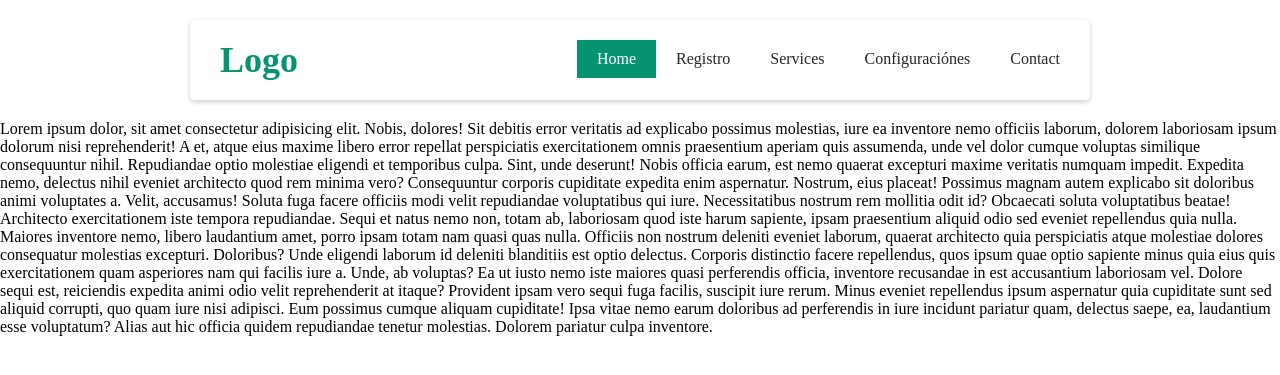
Repository: Sirius018/InventoryGenius
Page: http://localhost/Home
An editor plug-in stored every save of this project. The page is shown before and after the next save, followed by the edit.
The browser window is 1280 px wide. The pictures show the whole page.
The page is this project's Thymeleaf template; nobody is signed in. The template is opened directly, without the code that normally fills it, so the values that code supplies are empty.

Above is the page before, as saved 2023-06-05 03:29:02.

### ADW/InventoryGenius/src/main/resources/templates/Home.html
<!DOCTYPE html>
<html lang="en" xmlns:th="http://www.thymeleaf.org">
<head>
    <meta charset="UTF-8">
    <meta http-equiv="X-UA-Compatible" content="IE=edge">
    <meta name="viewport" content="width=device-width, initial-scale=1.0">
    <link href="https://stackpath.bootstrapcdn.com/font-awesome/4.7.0/css/font-awesome.min.css" rel="stylesheet">
    <link rel="stylesheet" href="../static/css/home.css">
    <title>Practica 50</title>
</head>
<body>

<header>
        <div class="header">
            <a class="logo" href="#">Logo</a>
        <div class="menu-toggle"></div>
        <nav>
            <ul>
                <li><a class="active" href="#">Home</a></li>
                <li><a href="#">Registro</a></li>
                <li><a href="#">Services</a></li>
                <li><a href="#">Configuraciónes</a></li>
                <li><a href="#">Contact</a></li>
            </ul>
        </nav>
        <div class="clearfix"></div>
        </div>
    </header>

    <div>
        Lorem ipsum dolor, sit amet consectetur adipisicing elit. Nobis, dolores! Sit debitis error veritatis ad explicabo possimus molestias, iure ea inventore nemo officiis laborum, dolorem laboriosam ipsum dolorum nisi reprehenderit!
        A et, atque eius maxime libero error repellat perspiciatis exercitationem omnis praesentium aperiam quis assumenda, unde vel dolor cumque voluptas similique consequuntur nihil. Repudiandae optio molestiae eligendi et temporibus culpa.
        Sint, unde deserunt! Nobis officia earum, est nemo quaerat excepturi maxime veritatis numquam impedit. Expedita nemo, delectus nihil eveniet architecto quod rem minima vero? Consequuntur corporis cupiditate expedita enim aspernatur.
        Nostrum, eius placeat! Possimus magnam autem explicabo sit doloribus animi voluptates a. Velit, accusamus! Soluta fuga facere officiis modi velit repudiandae voluptatibus qui iure. Necessitatibus nostrum rem mollitia odit id?
        Obcaecati soluta voluptatibus beatae! Architecto exercitationem iste tempora repudiandae. Sequi et natus nemo non, totam ab, laboriosam quod iste harum sapiente, ipsam praesentium aliquid odio sed eveniet repellendus quia nulla.
        Maiores inventore nemo, libero laudantium amet, porro ipsam totam nam quasi quas nulla. Officiis non nostrum deleniti eveniet laborum, quaerat architecto quia perspiciatis atque molestiae dolores consequatur molestias excepturi. Doloribus?
        Unde eligendi laborum id deleniti blanditiis est optio delectus. Corporis distinctio facere repellendus, quos ipsum quae optio sapiente minus quia eius quis exercitationem quam asperiores nam qui facilis iure a.
        Unde, ab voluptas? Ea ut iusto nemo iste maiores quasi perferendis officia, inventore recusandae in est accusantium laboriosam vel. Dolore sequi est, reiciendis expedita animi odio velit reprehenderit at itaque?
        Provident ipsam vero sequi fuga facilis, suscipit iure rerum. Minus eveniet repellendus ipsum aspernatur quia cupiditate sunt sed aliquid corrupti, quo quam iure nisi adipisci. Eum possimus cumque aliquam cupiditate!
        Ipsa vitae nemo earum doloribus ad perferendis in iure incidunt pariatur quam, delectus saepe, ea, laudantium esse voluptatum? Alias aut hic officia quidem repudiandae tenetur molestias. Dolorem pariatur culpa inventore.
    </div>



<script src="https://code.jquery.com/jquery-3.6.0.js" integrity="sha256-H+K7U5CnXl1h5ywQfKtSj8PCmoN9aaq30gDh27Xc0jk=" crossorigin="anonymous"></script>
<script src="../static/js/home.js"></script>
</body>
</html>

### ADW/InventoryGenius/src/main/resources/static/css/home.css
/********************************** RESET PROPIEDADES **********************************/
* {
    margin: 0;
    padding: 0;
    box-sizing: border-box;
}
a {
    text-decoration: none;
    color: inherit;
}
ul, ol {
    list-style: none;
}
body, h1, h2, h3, h4, h5, h6, p, ul, ol, li {
    margin: 0;
    padding: 0;
    font-size: 100%;
    font-weight: normal;
}
img {
    display: block;
    max-width: 100%;
    height: auto;
}
input, textarea, button {
    margin: 0;
    padding: 0;
    border: none;
    outline: none;
    background: none;
    font-family: inherit;
    font-size: inherit;
    color: inherit;
    resize: none;
}
button {
    cursor: pointer;
}
li {
    list-style: none;
}
/************************************************************************************************************/





.header{
    position: relative;
    max-width: 900px;
    margin: 20px auto;
    padding: 10px;
    background: #fff;
    box-sizing: border-box;
    border-radius: 4px;
    box-shadow: 0 2px 5px rgba(0,0,0,.2);
}

.logo{
    color: #069370;
    height: 60px;
    line-height: 60px;
    padding: 0 20px;
    font-size: 36px;
    text-align: center;
    float: left;
    font-weight: 700;
    text-decoration: none;
}

nav{
    float: right;
}

.clearfix{
    clear: both;
}

nav ul{
    margin: 0;
    padding: 0;
    display: flex;
}

nav ul li{
    list-style: none;
}

nav ul li a{
    display: block;
    margin: 10px 0;
    padding: 10px 20px;
    text-decoration: none;
    color: #262626;
}

nav ul li a:hover,
nav ul li a.active{
    background: #069370;
    color: #fff;
    transition: .5s;
}

@media (max-width: 900px) {
    header{
        margin: 20px;
    }
}

@media (max-width: 768px) {
    .menu-toggle{
        display: block;
        width: 40px;
        height: 40px;
        margin: 10px;
        float: right;
        cursor: pointer;
        text-align: center;
        font-size: 30px;
        color: #096370;
    }
    .menu-toggle::before{
        content: '\f0c9';
        font-family: fontAwesome;
        line-height: 40px;

    }
    .menu-toggle.active:before{
        content: '\f00d';
    }
    nav{
        display: none;
    }
    nav.active{
        display: block;
        width: 100%;
    }
    nav.active ul{
        display: block;
    }
    nav.active ul li a{
        margin: 0;
    }
}

### ADW/InventoryGenius/src/main/resources/static/js/home.js
$(document).ready(function(){
    $('.menu-toggle').click(function(){
        $('.menu-toggle').toggleClass('active')
        $('nav').toggleClass('active')
    })
})

After the next save:
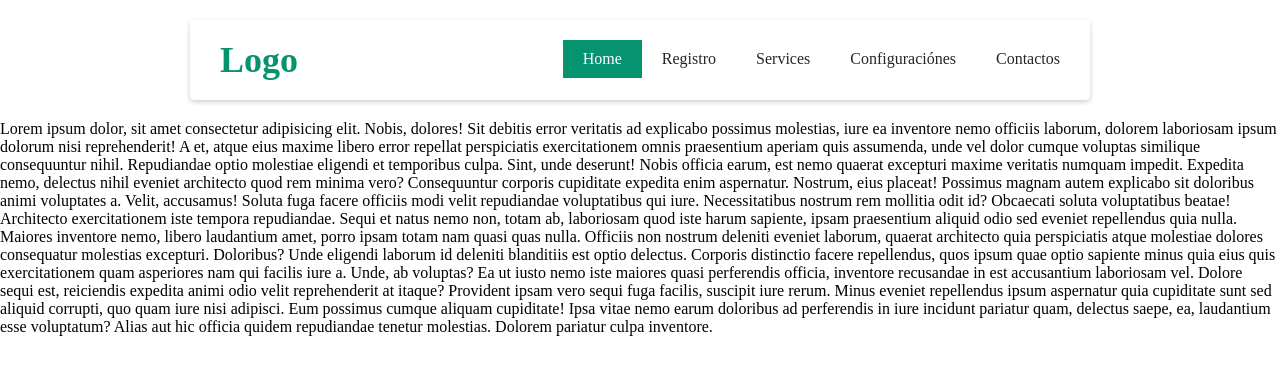
Saved 21 s later.
--- a/ADW/InventoryGenius/src/main/resources/templates/Home.html
+++ b/ADW/InventoryGenius/src/main/resources/templates/Home.html
@@ -20,7 +20,7 @@
                 <li><a href="#">Registro</a></li>
                 <li><a href="#">Services</a></li>
                 <li><a href="#">Configuraciónes</a></li>
-                <li><a href="#">Contact</a></li>
+                <li><a href="#">Contactos</a></li>
             </ul>
         </nav>
         <div class="clearfix"></div>
